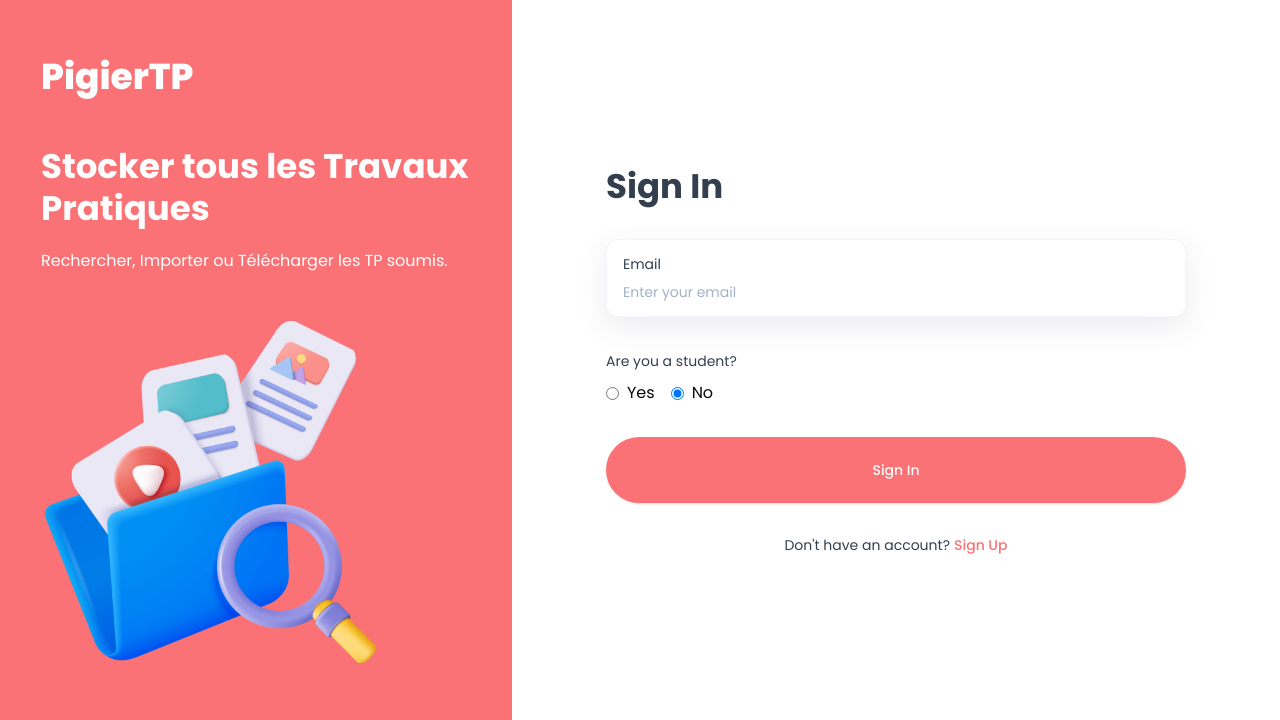
Repository: Tychiq/pigier_tp
Page: /sign-in
These files come from the project's save history. The page is drawn as it stood at one moment and after the next save; the edit follows.
The browser window is 1280 px wide. The pictures show the whole page.
The page's requests for data from a server got no answer. The project was rebuilt for these pictures with package versions that can differ from the ones it lists, and the page was loaded fresh each time. The framework's server and built-in components were replaced by stand-ins that run in the browser. No one was signed in, and anything a server would have sent is missing. Also part of the build but not shown: next.config.ts, components/ui/alert-dialog.tsx, components/ui/input-otp.tsx, components/OTPModal.tsx.

Above is the page before, as saved 2025-05-05 15:26:59.

After the next save:
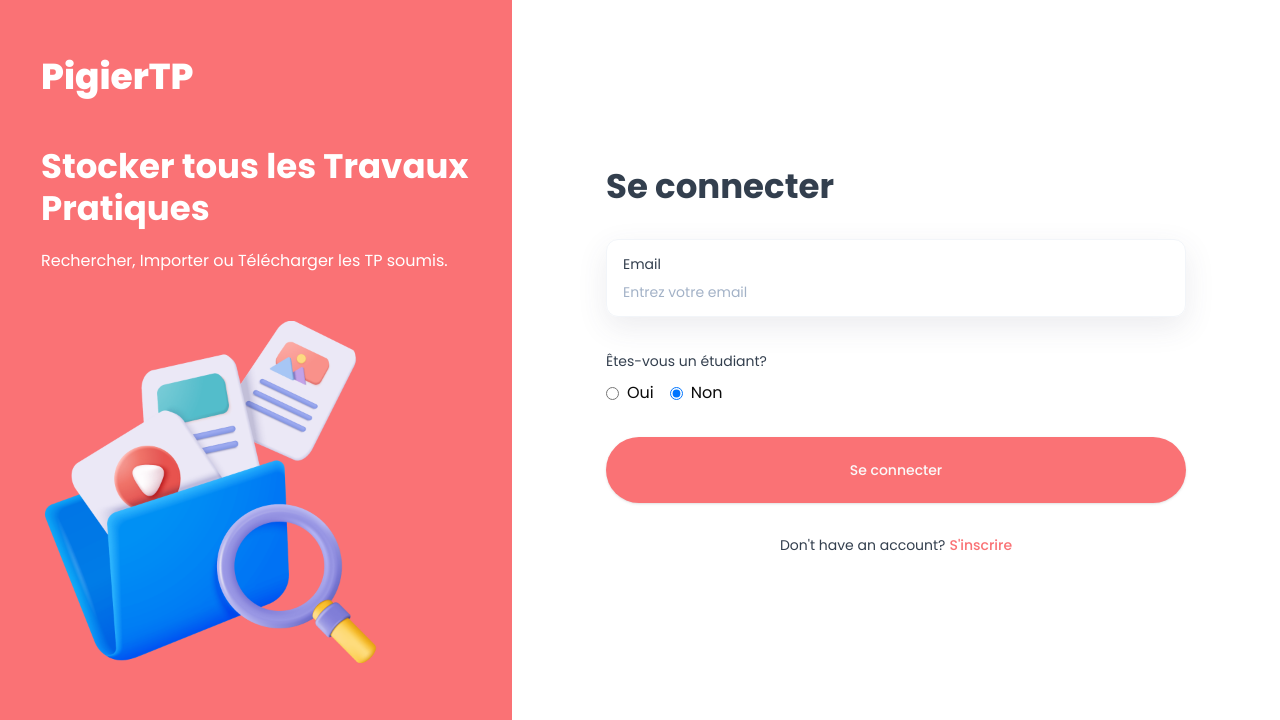
Saved 4 min 31 s later.
--- a/components/AuthForm.tsx
+++ b/components/AuthForm.tsx
@@ -65,7 +65,7 @@ const AuthForm = ({ type }: { type: FormType }) => {
 
       setAccountId(user.accountId);
     } catch {
-      setErrorMessage("Failed to create account. Please try again.");
+      setErrorMessage("Échec de la création du compte. Veuillez réessayer.");
     } finally {
       setIsLoading(false);
     }
@@ -76,7 +76,7 @@ const AuthForm = ({ type }: { type: FormType }) => {
       <Form {...form}>
         <form onSubmit={form.handleSubmit(onSubmit)} className="auth-form">
           <h1 className="form-title">
-            {type === "sign-in" ? "Sign In" : "Sign Up"}
+            {type === "sign-in" ? "Se connecter" : "S'inscrire"}
           </h1>
           {type === "sign-up" && (
             <FormField
@@ -85,11 +85,11 @@ const AuthForm = ({ type }: { type: FormType }) => {
               render={({ field }) => (
                 <FormItem>
                   <div className="shad-form-item">
-                    <FormLabel className="shad-form-label">Full Name</FormLabel>
+                    <FormLabel className="shad-form-label">Nom complet</FormLabel>
 
                     <FormControl>
                       <Input
-                        placeholder="Enter your full name"
+                        placeholder="Entrez votre nom complet"
                         className="shad-input"
                         {...field}
                       />
@@ -112,7 +112,7 @@ const AuthForm = ({ type }: { type: FormType }) => {
 
                   <FormControl>
                     <Input
-                      placeholder="Enter your email"
+                      placeholder="Entrez votre email"
                       className="shad-input"
                       {...field}
                     />
@@ -129,7 +129,7 @@ const AuthForm = ({ type }: { type: FormType }) => {
   name="isStudent"
   render={({ field }) => (
     <FormItem>
-      <FormLabel className="shad-form-label">Are you a student?</FormLabel>
+      <FormLabel className="shad-form-label">Êtes-vous un étudiant?</FormLabel>
       <div className="flex gap-4">
         <label className="flex items-center space-x-2">
           <input
@@ -138,7 +138,7 @@ const AuthForm = ({ type }: { type: FormType }) => {
             checked={field.value === "yes"}
             onChange={() => field.onChange("yes")}
           />
-          <span>Yes</span>
+          <span>Oui</span>
         </label>
         <label className="flex items-center space-x-2">
           <input
@@ -147,7 +147,7 @@ const AuthForm = ({ type }: { type: FormType }) => {
             checked={field.value === "no"}
             onChange={() => field.onChange("no")}
           />
-          <span>No</span>
+          <span>Non</span>
         </label>
       </div>
       <FormMessage className="shad-form-message" />
@@ -161,7 +161,7 @@ const AuthForm = ({ type }: { type: FormType }) => {
             className="form-submit-button"
             disabled={isLoading}
           >
-            {type === "sign-in" ? "Sign In" : "Sign Up"}
+            {type === "sign-in" ? "Se connecter" : "S'inscrire"}
 
             {isLoading && (
               <Image
@@ -187,7 +187,7 @@ const AuthForm = ({ type }: { type: FormType }) => {
               className="ml-1 font-medium text-brand"
             >
               {" "}
-              {type === "sign-in" ? "Sign Up" : "Sign In"}
+              {type === "sign-in" ? "S'inscrire" : "Se connecter"}
             </Link>
           </div>
         </form>
